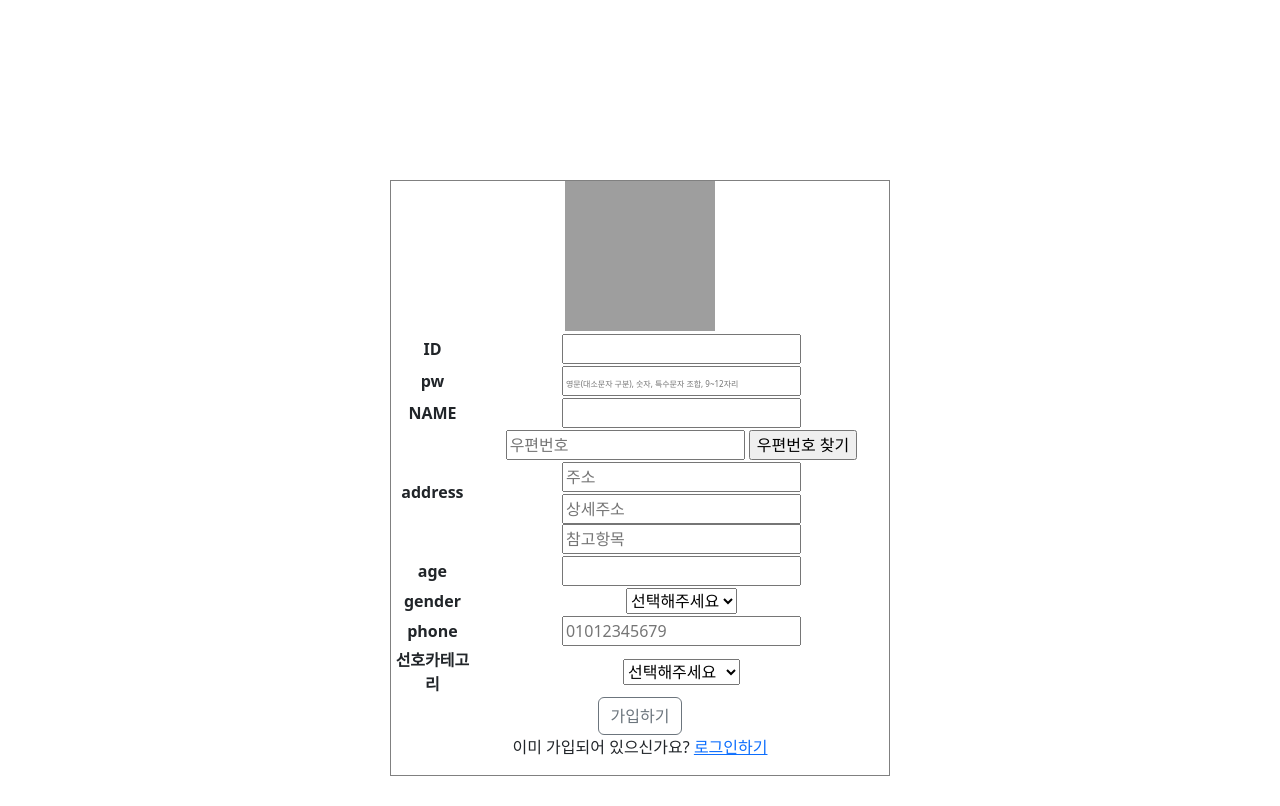
Repository: bongbongi/book1
Page: http://localhost/book/WEB-INF/views/member/join.jsp
The author's editor kept a copy of each file at every save. The page is drawn from the files as they stood at one save, then again after the next save.
The browser window is 1280 px wide. The pictures show the whole page.
Pictures or frames that could not be fetched are drawn as grey boxes. Some web libraries are served in a nearby version. The page is served by Tomcat 9. Nobody is signed in. The template is opened directly, without the code that normally fills it, so the values that code supplies are empty.

Above is the page before, as saved 2023-01-05 15:19:24.

After the next save:
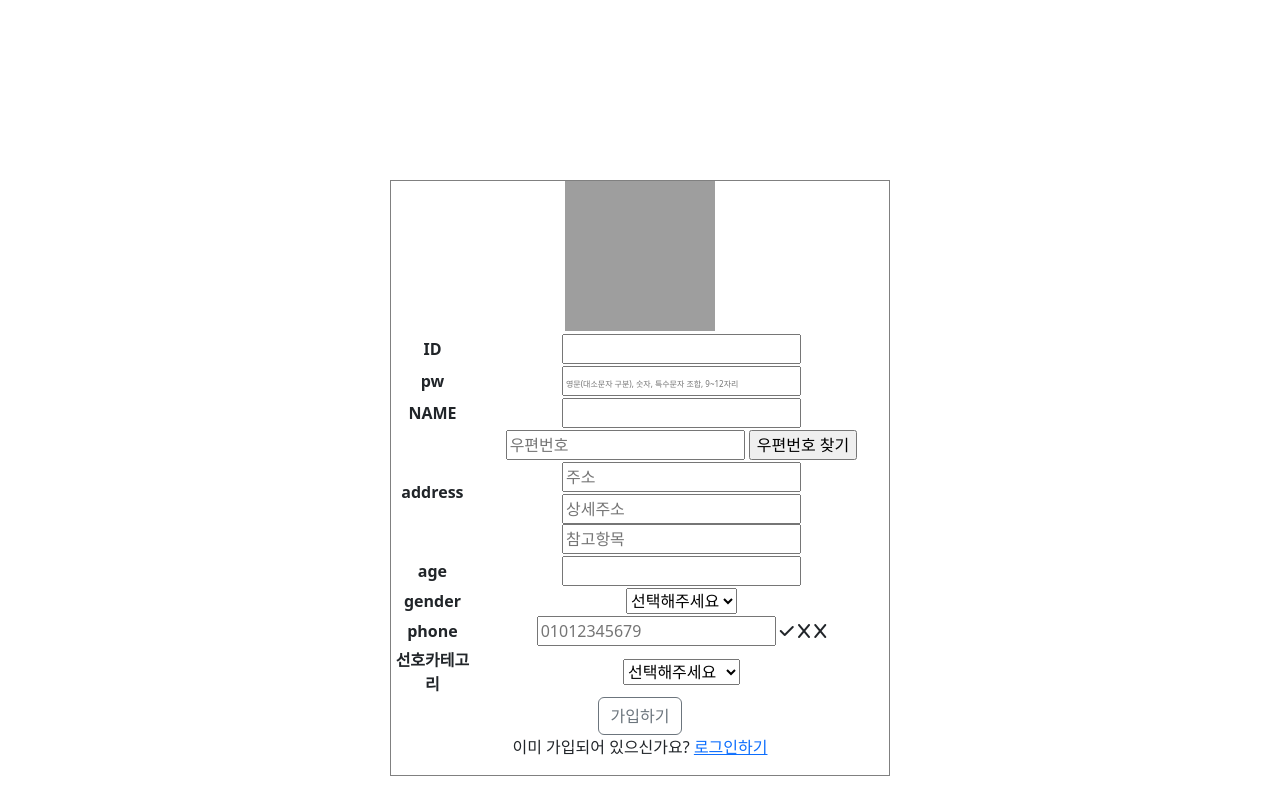
Saved 3 min 14 s later.
--- a/book/src/main/webapp/WEB-INF/views/member/join.jsp
+++ b/book/src/main/webapp/WEB-INF/views/member/join.jsp
@@ -67,6 +67,19 @@
 .pw_null{
 color:#ff0000;
 display: none;
+
+.cellNum_ok{
+color:#008000;
+display: none;
+}
+
+.cellNum_duplicate{
+color:#ff0000;
+display: none;
+}
+.cellNum_null{
+color:#ff0000;
+display: none;
 }
 </style>
 </head>
@@ -140,6 +153,9 @@
 										<!-- <input type="number" name="phone-first"> -
 								        <input type="number" name="phonenum-mid"> -
 								        <input type="number" name="phone-last"><br> -->
+								        <span class="cellNum_ok"><i class="fa-solid fa-check"></i></span>
+										<span class="cellNum_duplicate"><i class="fa-solid fa-x"></i></span>
+										<span class="cellNum_null"><i class="fa-solid fa-x"></i></span>
 								</td>
 							</tr>
 							<tr>

After the save that followed:
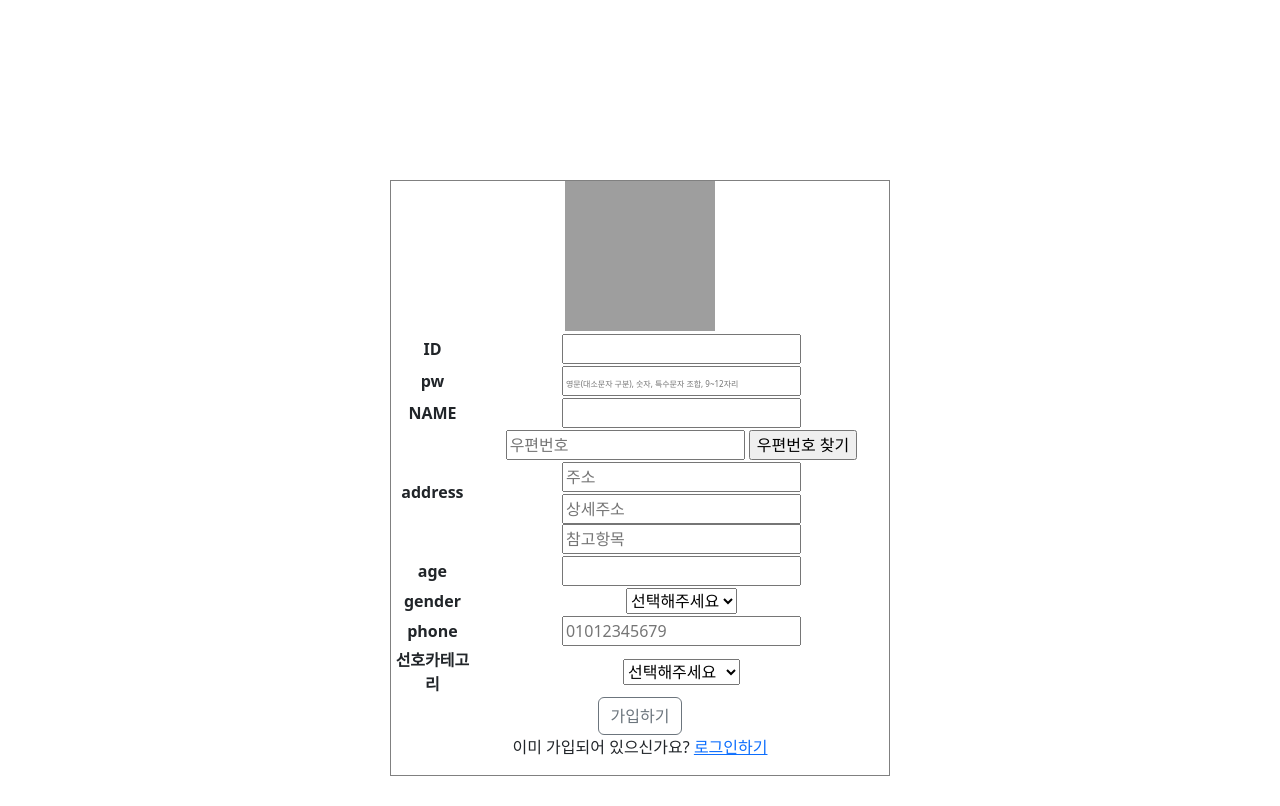
Saved 79 s later.
--- a/book/src/main/webapp/WEB-INF/views/member/join.jsp
+++ b/book/src/main/webapp/WEB-INF/views/member/join.jsp
@@ -67,7 +67,7 @@
 .pw_null{
 color:#ff0000;
 display: none;
-
+}
 .cellNum_ok{
 color:#008000;
 display: none;
